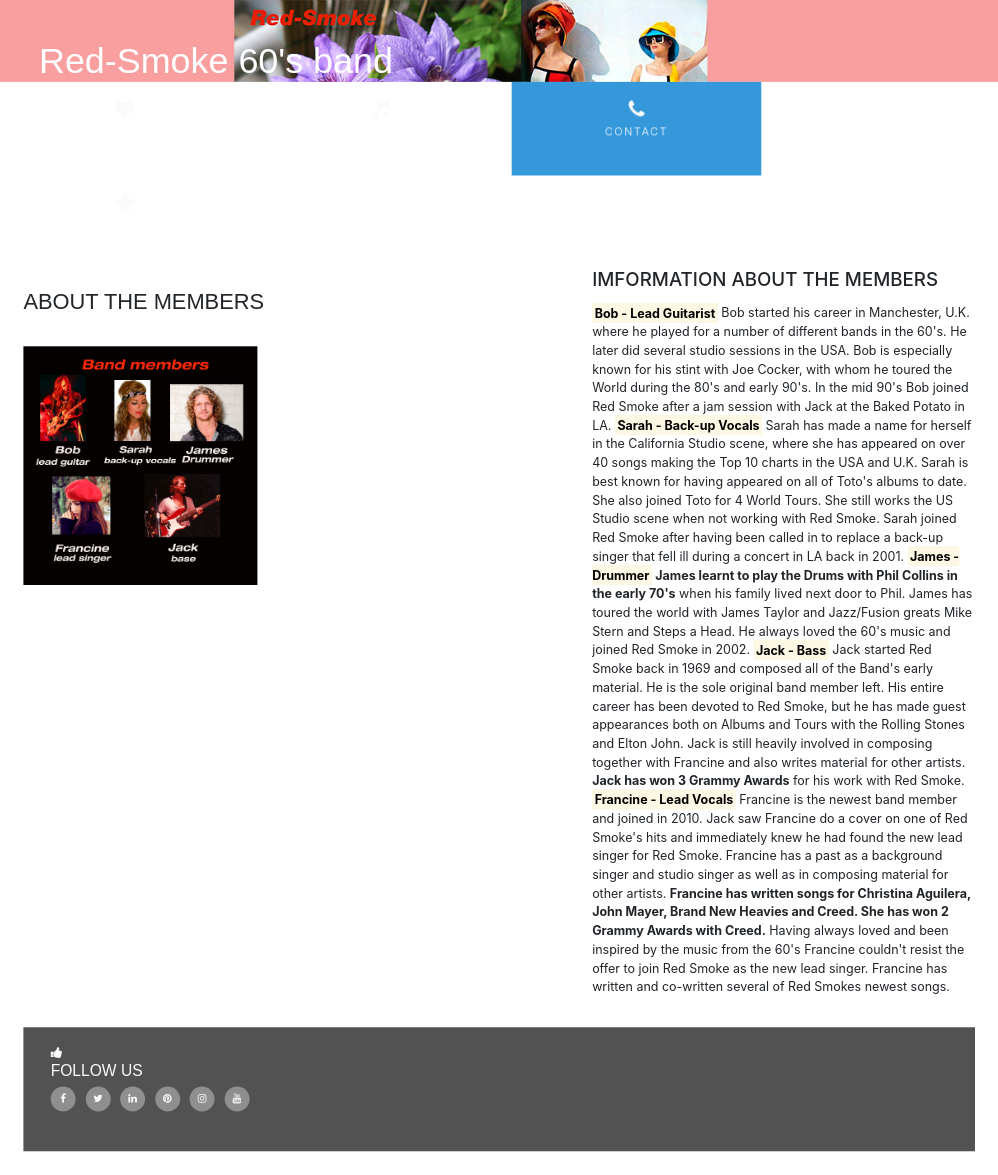
Repository: eazeldon/first-website-project
Page: pictures.html
The author's editor kept a record of every edit. The page is drawn from the files as they stood at one moment, then again after the next edit.
The browser window is 1280 px wide. The pictures show the whole page, at 78% of full size.

Above is the page before.

### pictures.html
<!DOCTYPE html>
<html lang="en">
<head>
    <meta charset="UTF-8">
    <meta name="viewport" content="width=device-width, initial-scale=1.0">
    <meta http-equiv="X-UA-Compatible" content="ie=edge">
    <link rel="stylesheet" href="https://stackpath.bootstrapcdn.com/bootstrap/4.3.1/css/bootstrap.min.css" type="text/css" />
    <link rel="stylesheet" href="https://stackpath.bootstrapcdn.com/font-awesome/4.7.0/css/font-awesome.min.css" type="text/css" />
    <link rel="stylesheet" href="https://cdnjs.cloudflare.com/ajax/libs/hover.css/2.3.1/css/hover-min.css" type="text/css" />
    <link href="https://fonts.googleapis.com/css?family=Roboto:400,700" rel="stylesheet">
    <link rel="stylesheet" href="assets/css/style.css" type="text/css" />

    <title>project-1</title>
</head>
<body>
    <header>
        <div class="row no-gutters">
       <!---<a class="col-md-4 logo" href="index.html"></a>----->
          <div class="col-12">
                <div class="row no-gutters bg-color-name-title">
                  <div class="col heading">
                  <h1 class="name"><strong>Red-Smoke</strong> 60's band</h1>
                     <!--<h2 class="title"><strong>Red-Smoke</strong> 60's band</h2>---->


              </div>
                </div>


          <div class="row no-gutters">
                <div class="col">
                    <ul id="nav" class="list-inline menucontainer">
                    <li class="col-6 col-sm-3 ui-menu-color-music list-inline-item menuitem">
                         <a href="Home.html" class="hvr-sweep-to-bottom"><i class="fa fa-heart" aria-hidden="true"></i><span>Home</span></a>
                         </li>
                         <li class="col-6 col-sm-3 ui-menu-color-video-clips list-inline-item menuitem">
                           <a href="Music-audio.html" class="hvr-sweep-to-bottom"><i class="fa fa-music" aria-hidden="true"></i><span>Music</span></a>
                          </li>
                         <li class="col-6 col-sm-3 ui-menu-color-contact list-inline-item menuitem">
                            <a href="contact.html" class="hvr-sweep-to-bottom"><i class="fa fa-phone" aria-hidden="true"></i><span>Contact</span></a>
                          </li>
                          <li class="col-6 col-sm-3 ui-menu-color-pictures list-inline-item menuitem">
                            <a href="pictures.html" target="_black" class="hvr-sweep-to-bottom"><i class="fa fa-star" aria-hidden="true"></i><span>About & Pictures</span></a>
                            </li>
                            </ul>
                   </div>
                </div>
            </div>
            </div>
         </header>
          <!---- <section class="container-fluid">----->
  <!----<img src="assets/images/members-1.jpg" height=300 width=300>--->




    <!-----section class-----end---->
            <div class="col-md-8 bg-color-three-reasons section-column">
                <div class="row">
                    <div class="col">
                        <h3 class="section-heading uppercase">About the members</h3>
                    <img src="assets/images/members-1.jpg" width=300
                    </div>
                </div>
                <!-- <div class="row">
                    <div class="col-10 offset-1 offset-sm-0 col-sm-4 col-md-6">
                        <div class="row">
                            <div class="col-2">
                                <i class="three-reasons-icon fa " aria-hidden="true"></i>
                            </div>
                            <div class="col-10">
                                <h4 class="three-reasons-heading uppercase">Special Events</h4>


                               <p><mark>Did you know?</mark> We are available to perform at special events such as theme parties product launches and larger weddings.

                                </p>
                            </div>
            </div>
        </div>  -->
        <div class="col-10 offset-1 offset-sm-0 col-sm-4 col-md-6">
                        <div class="row">
                            <div class="col-2">
                                <i class="three-reasons-icon fa " aria-hidden="true"></i>
                            </div>
                            <div class="col-10">
                                <h4 class="three-reasons-heading uppercase">Imformation about the members</h4>
                                <p>
                                    <strong><mark>Bob - Lead Guitarist</mark></strong>

                                    Bob started his career in Manchester, U.K. where he played for a number of different bands in the 60's.
                                    He later did several studio sessions in the USA.
                                    Bob is especially known for his stint with Joe Cocker, with whom he toured the World during the 80's and early 90's.
                                    In the mid 90's Bob joined Red Smoke after a jam session with Jack at the Baked Potato in LA.

                                    <strong><mark>Sarah - Back-up Vocals</mark></strong>

                                    Sarah has made a name for herself in the California Studio scene, where she has appeared on over 40 songs making the Top 10 charts in the USA and U.K.
                                    Sarah is best known for having appeared on all of Toto's albums to date. She also joined Toto for 4 World Tours.
                                    She still works the US Studio scene when not working with Red Smoke.
                                    Sarah joined Red Smoke after having been called in to replace a back-up singer that fell ill during a concert in LA back in 2001.

                                     <strong><mark>James - Drummer</mark></strong>

                                    <strong>James learnt to play the Drums with Phil Collins in the early 70's</strong> when his family lived next door to Phil.
                                    James has toured the world with James Taylor and Jazz/Fusion greats Mike Stern and Steps a Head.
                                    He always loved the 60's music and joined Red Smoke in 2002.

                                     <strong><mark>Jack - Bass</mark></strong>

                                    Jack started Red Smoke back in 1969 and composed all of the Band's early material. He is the sole original band member left.
                                    His entire career has been devoted to Red Smoke, but he has made guest appearances both on Albums and Tours with the Rolling Stones and Elton John.
                                    Jack is still heavily involved in composing together with Francine and also writes material for other artists.
                                    <strong>Jack has won 3 Grammy Awards</strong> for his work with Red Smoke.

                                    <strong><mark> Francine - Lead Vocals</mark></strong>

                                    Francine is the newest band member and joined in 2010.
                                    Jack saw Francine do a cover on one of Red Smoke's hits and immediately knew he had found the new lead singer for Red Smoke.
                                    Francine has a past as a background singer and studio singer as well as in composing material for other artists.
                                    <strong>Francine has written songs for Christina Aguilera, John Mayer, Brand New Heavies and Creed. She has won 2 Grammy Awards with Creed.</strong>
                                    Having always loved and been inspired by the music from the 60's Francine couldn't resist the offer to join Red Smoke as the new lead singer.
                                    Francine has written and co-written several of Red Smokes newest songs.

                              </p>
                            </div>
                        </div>
                    </div>
                   <div class="col-10 offset-1 offset-sm-0 col-sm-4 col-md-6">
                        <div class="row">
                            <div class="col-2">
                                <i class="three-reasons-icon fa " aria-hidden="true"></i>
                            </div>
                         <div class="col-10">
                            <div class="row">
                             <!--<img src="assets/images/Francine-1.jpg" class="rounded-circle mr-3" height=100 width=100>--->
                             <!---   <h4 class="three-reasons-heading uppercase">Francine lead singer</h4>
                                <p> I want to take this apportunity to thank all the fans, for all the love and support, and for inspiring us.


                                </p>--->


                            </div>
                        </div
                    </div>
                </div>
            </div>
        </div>

    </section>
    <footer class="container-fluid">
        <div id="footer-details" class="row">
        <!------    <div class="col-sm-4"-----cv-->

           <!-------cv </div>----end---->
            <div class="col-sm-4">
                 <i class="social-links-icon fa fa-thumbs-up" aria-hidden="true"></i>
                <h5 class="uppercase general-sub">Follow us</h5>
                <ul class="list-inline social-links">
                    <li class="list-inline-item">
                        <a target="_blank" href="#">
                            <i class="fa fa-facebook" aria-hidden="true"></i>
                            <span class="sr-only">Facebook</span>
                        </a>
                    </li>
                      <li class="list-inline-item">
                        <a target="_blank" href="#">
                            <i class="fa fa-twitter" aria-hidden="true"></i>
                            <span class="sr-only">Twitter</span>
                        </a>
                    </li>
                      <li class="list-inline-item">
                        <a target="_blank" href="#">
                            <i class="fa fa-linkedin" aria-hidden="true"></i>
                            <span class="sr-only">Linkedin</span>
                        </a>
                    </li>
                      <li class="list-inline-item">
                        <a target="_blank" href="#">
                            <i class="fa fa-pinterest" aria-hidden="true"></i>
                            <span class="sr-only">Pinterest</span>
                        </a>
                    </li>
                      <li class="list-inline-item">
                        <a target="_blank" href="#">
                            <i class="fa fa-instagram" aria-hidden="true"></i>
                            <span class="sr-only">Instagram</span>
                        </a>
                    </li>
                    <li class="list-inline-item">
                        <a target="_blank" href="#">
                            <i class="fa fa-youtube" aria-hidden="true"></i>
                            <span class="sr-only">YouTube</span>
                        </a>
                    </li>
                </ul>
            </div>
        </div>
    </footer>
</body>
</html>

### assets/css/style.css
@import url('https://fonts.googleapis.com/css?family=Roboto&display=swap:100,200,300,400,500,600,700|Exo:100,200,300,400,500,600,700');

/*-----------------------colours-----*/
.bg-color-name-title {
    background-image: url('../images/pic-3.jpg');

}
.bg-color-three-reasons {
    background-color: #fff;
}
.bg-color-personal-info {
     background-color: #f4f4f4;
}
.ui-menu-color-home {
    background-color: #6c757d;
}
.ui-menu-color-resume {
    background-color: #004085;
}
.ui-menu-color-contact {
    background-color: #3498db;
}
.ui-menu-color-download {
    background-color: #525252;
}
/*-----------------------Special padding/margin/text-----*/
h1,
h2,
h3,
h4 {
    margin: 0;
}
.uppercase {
    text-transform: uppercase;
}

.general-sub {
    font-family: "Exo", sans-serif;
    font-weight: 300;
    color: #fafafa;
}

.inline-block {
    display: inline-block;
}
.row-table {
    display: table;
}

.section-column {
    display: table-cell;
    padding: 0 30px 30px;
    float: none;
}

.section-heading {
    font-family: "Exo", sans-serif;
    font-weight: 300;
    margin-top: 25px;
    margin-bottom: 40px;
}


/*-----------------------heading-----*/
header {
    margin: 0;
}

.heading {
    margin-left: 50px;
}
.logo {
    background: url("../images/Redsmoke-7.jpg");
    background-position: center;
    background-repeat: no-repeat;
    background-size: cover;
    min-height: 360px;
    transition: all .5s ease-in-out;
    -moz-transition: all .5s ease-in-out;
    -webkit-transition: all .5s ease-in-out;
}
.name {
    font-family: "Exo", sans-serif;
    font-weight: 100;
    font-size: 46px;
    margin-top: 50px;
    color: #fff;
}
.title  {
    font-family: "Roboto", sans-serif;
    font-weight: 200;
    font-size: 28px;
    margin-top: 20px;
    margin-bottom: 90px;
    color: #fff;
}
.video p {
    margin-left: 0;
}

}


.list-inline-item:not(:last-child) {
    margin: 0;
}
.menucontainer {
    font-size: 0;
}
#nav {
    margin: 0;
}
#nav li {
    font-size: 14px;
    padding: 0;
}
.menuitem {
    height: 120px;
    text-align: center;
    padding: 0;
}
.menuitem a {
    width: 100%;
    text-decoration: none;
    color: #fff;
    height: 120px;
}
.menuitem a i {
    padding-top: 22px;
    display: block;
    color: #fafafa;
    font-size: 26px;

}
.menuitem span {
    display: block;
    width: 100%;
    padding-top: 5px;
    text-align: center;
    text-transform: uppercase;
    font-size: 14px;
    font-weight: 300;
    letter-spacing: 2px;
}
/*-----------------------hover.css-----*/
.hvr-sweep-to-bottom:before {
    background: rgba(0, 0, 0, 0.2);
    height: 120px;
}
/*-----------------------Footer-----*/
footer {
    background-color: #525252;
    color: #fafafa;
    min-height: 120px;
    margin: 0;
}
.cv-pdf i {
    font-size: 18px;
    color: #fafafa;
    text-align: center;
    padding-left: 5px;
    transition: all 0.35s ease-in-out;
    -moz-transition: all 0.35s ease-in-out;
    -webkit-transition: all 0.35s ease-in-out;
    -o-transition: all 0.35s ease-in-out;
}
.cv-pdf i:hover {
    color: #e84610;
}
.social-links {
    padding-bottom: 15px;
}
.social-links li a i {
    width: 32px;
    height: 32px;
    padding: 12px 0;
    border-radius: 50%;
    font-size: 13px;
    line-height: 7px;
    text-align: center;
    color: #fafafa;
    background: #8f8f8f;
    transition: all 0.35s ease-in-out;
    -moz-transition: all 0.35s ease-in-out;
    -webkit-transition: all 0.35s ease-in-out;
    -o-transition: all 0.35s ease-in-out;
}
.social-links li a i:hover {
    background: #e84610;
}
#footer-details {
    padding: 20px;
}
/* ----------------------------------------Three Reasons */

.three-reasons-icon {
    font-size: 26px;
    color: #e67e22;
}

.three-reasons-heading {
    margin-bottom: 15px;
}
/* ----------------------------------------Personal Info */

.personal-info-item {
    margin-bottom: 20px;
    display: block;
    clear: both;
}

.personal-info-item .key,
.personal-info-item .value {
    padding-right: 8px;
    display: inline-block;
}
.personal-info-item .key p,
.personal-info-item .value p {
    margin: 0;
}
.personal-info-item .key {
    width: 30%;
    margin-right: 21px;
    padding-top: 2px;
    vertical-align: top;
}
.personal-info-item .key p {
    font-weight: 700;
}
.personal-info-item .value {
    position: relative;
    width: 60%;
}

After the next edit:
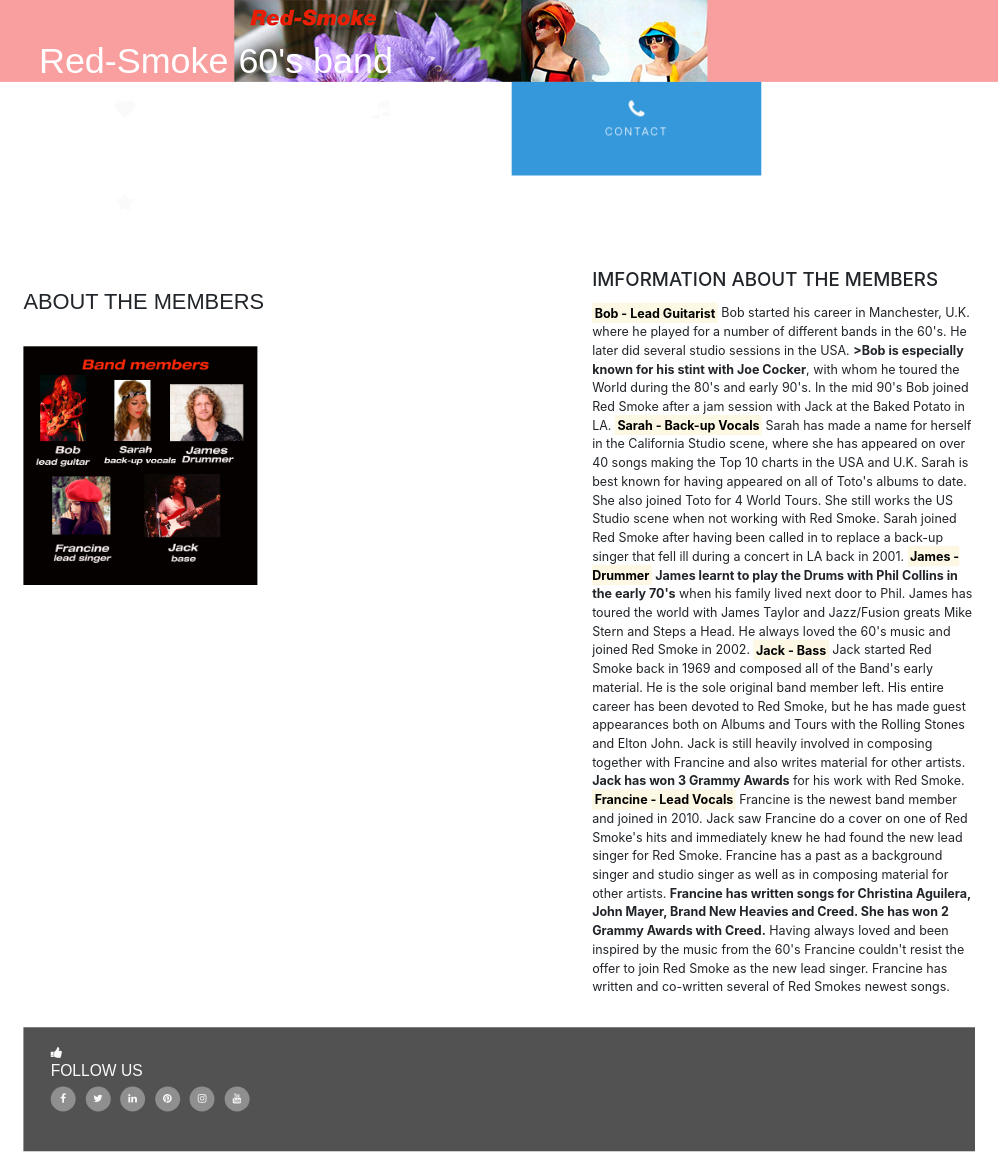
The edit:
--- a/pictures.html
+++ b/pictures.html
@@ -90,7 +90,7 @@
 
                                     Bob started his career in Manchester, U.K. where he played for a number of different bands in the 60's.
                                     He later did several studio sessions in the USA.
-                                    Bob is especially known for his stint with Joe Cocker, with whom he toured the World during the 80's and early 90's.
+                                    <strong>>Bob is especially known for his stint with Joe Cocker</strong>, with whom he toured the World during the 80's and early 90's.
                                     In the mid 90's Bob joined Red Smoke after a jam session with Jack at the Baked Potato in LA.
 
                                     <strong><mark>Sarah - Back-up Vocals</mark></strong>
